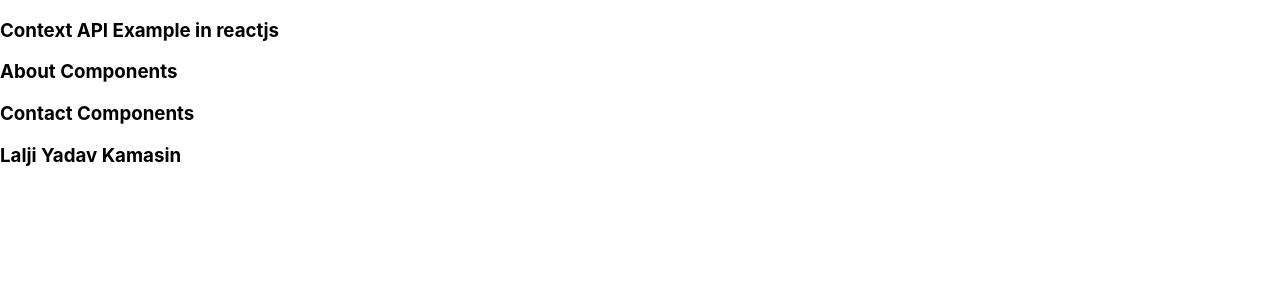
Repository: lalji-yadav/React-Context-API
Page: /
These files come from the project's save history. The page is drawn as it stood at one moment and after the next save; the edit follows.
The browser window is 1280 px wide. The pictures show the whole page.
The project was rebuilt for these pictures with package versions that can differ from the ones it lists, and the page was loaded fresh each time. Also part of the build but not shown: src/App.css, src/components/C.js, src/components/A.js, src/components/D.js, src/components/B.js.

Above is the page before, as saved 2021-02-10 17:54:07.

After the next save:
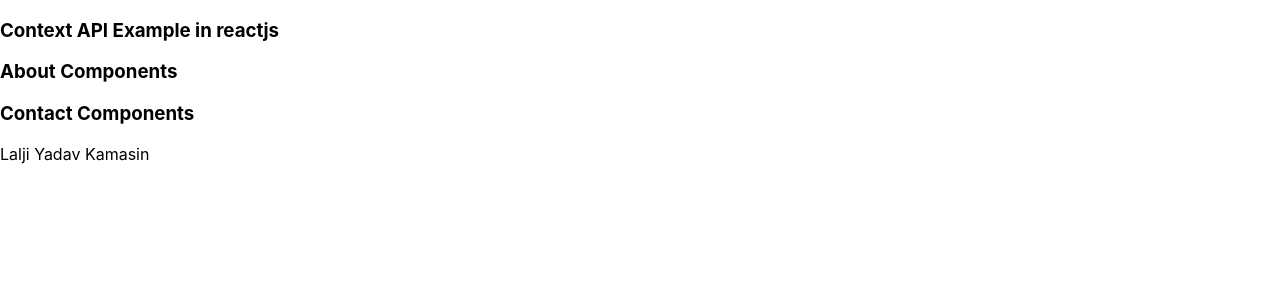
Saved 22 s later.
--- a/src/context/contact.js
+++ b/src/context/contact.js
@@ -7,7 +7,7 @@ class Contact extends Component {
             <div>
                 <h3> Contact Components </h3>
                 <ThemeContext.Consumer>
-                    {value=><h3>{value}</h3>}
+                    {value=><p>{value}</p>}
                 </ThemeContext.Consumer>
             </div>
         );
